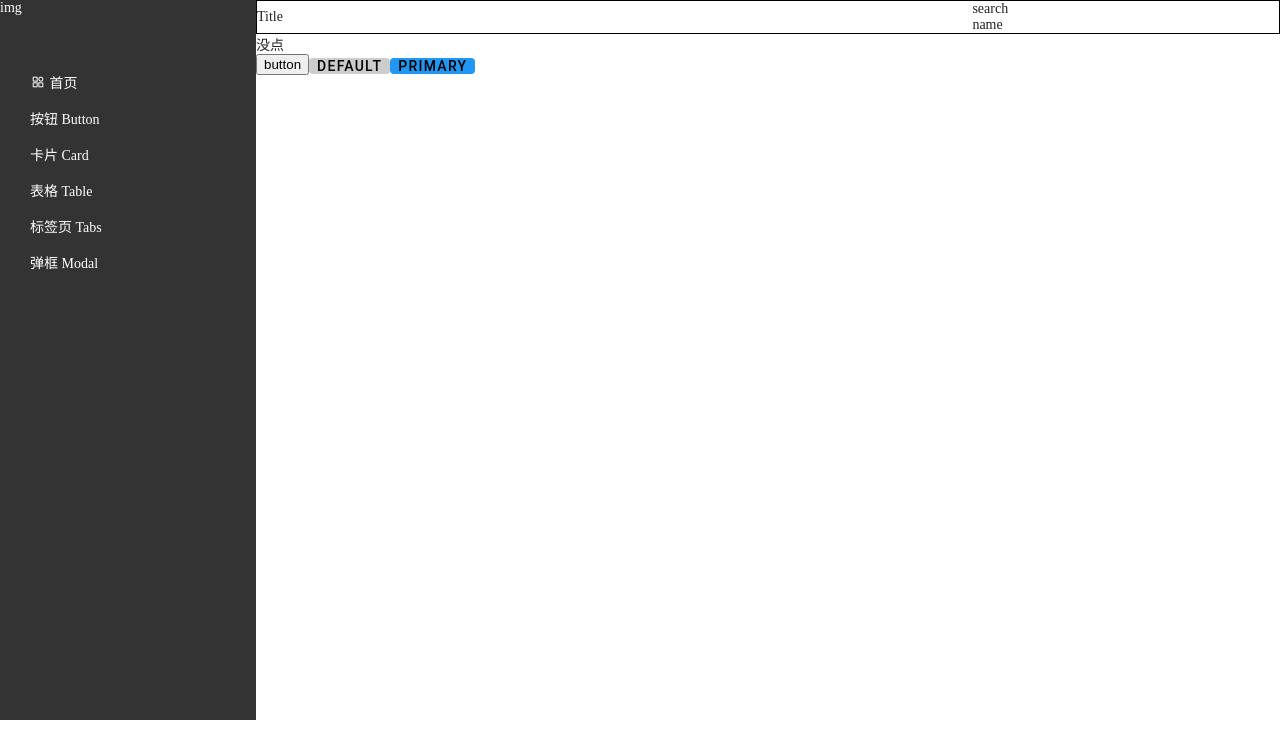
Repository: wyhsunflower/koalaUI
Page: /
An editor plug-in stored every save of this project. The page is shown before and after the next save, followed by the edit.
The browser window is 1280 px wide. The pictures show the whole page.
The project was rebuilt for these pictures with package versions that can differ from the ones it lists, and the page was loaded fresh each time. Also part of the build but not shown: webpack.config.js, src/components/Modal/Modal.vue. Imported but missing from the stored project, and not drawn on this page: src/views/go/go2.vue.

Above is the page before, as saved 2020-03-12 21:55:57.

### index.html
<!DOCTYPE html>
<html lang="en">
<head>
    <meta charset="UTF-8">
    <title>koala's UI</title>
</head>
<body>
<div id="app"></div>
</body>
</html>

### src/index.js
import Vue from 'vue';
import App from './app';
import './components/components.js'
import './styles/global.scss';
import './styles/iconfont/icon.scss'
import router from './router/route';


new Vue({
    router,
    render(h) {
        return h(App);
    }
}).$mount('#app');

### src/app.vue
<template>
    <div id="app" class="container">
        <SideBar></SideBar>
        <div class="right">
            <Header></Header>
            <div class="main">
                <transition>
                 <router-view></router-view>
                </transition>
            </div>
        </div>
    </div>
</template>
<script>
    import SideBar from './SideBar';
    import Header from './Header';
    export default {
        name: "app",
        components:{
            SideBar,
            Header
        },
    }
</script>

<style lang="scss" scoped>
    @import "styles/global";
    .container{
        width: 100%;
        display: flex;
        flex-flow: row nowrap;
        height: 100%;
    }
    .right{
        width: 80%;
        height: 100%;
    }
        .main{
            width: 100%;
            height: 100%;
        }
</style>

### src/components/components.js
import Vue from 'vue'
import Button from './Button/Button';
import Modal from './Modal/Modal';

Vue.component('Button',Button);
Vue.component('Modal',Modal);

### src/styles/global.scss
$font-color: rgba(0,0,0, 0.87);
$color-btn-default:#ccc;
$color-btn-primary:#2196f3;
* {
    box-sizing: border-box;
}
html, body {
    margin: 0;
    padding: 0;
}
html{
    width: 100%;
    height: 100%;
    outline: none;
}
body {
    color: $font-color;
    font-size: 14px;
    height: 100%;
    width: 100%;
}
.koala-button{
    font-family: Roboto, sans-serif;
    -moz-osx-font-smoothing: grayscale;
    -webkit-font-smoothing: antialiased;
    font-size: .875rem;
    line-height: 2.25rem;
    font-weight: 500;
    letter-spacing: .0892857143em;
    text-decoration: none;
    text-transform: uppercase;
    padding: 0 8px 0 8px;
    display: inline-flex;
    position: relative;
    align-items: center;
    justify-content: center;
    box-sizing: border-box;
    min-width: 64px;
    border: none;
    outline: none;
    line-height: inherit;
    -webkit-user-select: none;
    -moz-user-select: none;
    -ms-user-select: none;
    user-select: none;
    -webkit-appearance: none;
    overflow: visible;
    vertical-align: middle;
    border-radius: 4px;
}

### src/styles/iconfont/icon.scss
@font-face {font-family: "iconfont";
  src: url('./iconfont.eot?t=1575969178796'); /* IE9 */
  src: url('./iconfont.eot?t=1575969178796#iefix') format('embedded-opentype'), /* IE6-IE8 */
       url('./iconfont.woff?t=1575969178796') format('woff'),
       url('./iconfont.ttf?t=1575969178796') format('truetype'), /* chrome, firefox, opera, Safari, Android, iOS 4.2+ */
       url('./iconfont.svg?t=1575969178796#iconfont') format('svg'); /* iOS 4.1- */
}
.iconfont {
  font-family: "iconfont" !important;
  font-size: 16px;
  font-style: normal;
  -webkit-font-smoothing: antialiased;
  -moz-osx-font-smoothing: grayscale;
}
.icon-all:before {
  content: "\e6ef";
}

### src/router/route.js
import Router from 'vue-router';
import Vue from 'vue';
//import Home from '../app';
//import Button from '../components/Button/Button';
import Home from '../views/home';


const routerListDir=[];

function importAllRouter(r) {
    r.keys().forEach(
        (key)=>routerListDir.push(r(key).default)
    )
}

importAllRouter(require.context('../router',true,/\.router\.js/));
Vue.use(Router);
console.log(routerListDir);

export default new Router({
    routes: [
        ...routerListDir,
        { path: '/',component:Home},
        //{ path: '/button',component:Button},
    ]
});

### src/SideBar.vue
<template>
    <div class="side">
        <div class="top">
            <div>img</div>
            <!--<img src="./static/img/logo.jpg">-->
        </div>
        <ul class="side-list">
            <li v-for="x of lists">
                <i class="iconfont" :class="x.icon"></i>
                {{x.name}}
            </li>
        </ul>
    </div>
</template>

<script>
    export default {
        name: "SideBar",
        data(){
            return{
                lists:[
                    {
                        name:'首页',
                        icon:'icon-all',
                    },
                    {
                        name:'按钮 Button',
                        icon:'button',
                    },
                    {
                        name:'卡片 Card',
                        icon:'card',
                    },
                    {
                        name:'表格 Table',
                        icon:'table',
                    },
                    {
                        name:'标签页 Tabs',
                        icon:'tabs',
                    },
                    {
                        name:'弹框 Modal',
                        icon:'modal',
                    },
                ],
            }
        },
    }
</script>

<style lang="scss" scoped>
    .side {
        max-width: 300px;
        width: 20%;
        background: rgba(0,0,0,.8);
        height: 100%;
        color: #fff;
    }
    .top {
        height: 50px;
    }
    ul{
        list-style: none;
        padding: 0;
    }
    li{
        padding: 8px 30px;
        &:hover{background: rgba(0,0,0,.2);}
    }
</style>

### src/Header.vue
<template>
    <div class="header">
        <div class="title">Title</div>
        <div class="right">
            <div class="search">search</div>
            <div class="config">name</div>
        </div>
    </div>
</template>

<script>
    export default {
        name: "Header"
    }
</script>

<style lang="scss" scoped>
    .header{
        width: 100%;
        display: flex;
        justify-content: space-between;
        align-items: center;
        border: 1px solid #000;
    }
    .title{
        width: 60%;
    }
    .right{
        width: 30%;
    }
</style>

### src/components/Button/Button.vue
<template>
    <component
            class="koala-button"
            :class="buttonType"
            is="button"
            @click="onClick"
    >
        <slot></slot>
    </component>
</template>

<script>
    //type color icon
    export default {
        name: "Button",
        props:['self','type','color'],
        data(){
            return{
            }
        },
        components:{

        },
        computed:{
            buttonType(){
                return `koala-button-${this.type}`
            },
        },
        methods:{
            onClick(e){
                this.$emit('click', e);
            }
        },
        mounted(){
        },
    }
</script>

<style lang="scss" scoped >
    @import "../../styles/global.scss";

    .koala-button-default{
        background-color:$color-btn-default;
    }
    .koala-button-primary{
        background-color:$color-btn-primary;
    }
</style>

### src/views/home.vue
<template>
    <div class="main-container">
        <div>{{message}}</div>
        <button @click="showModal">button</button>
        <Modal v-if="modal" :self="this" :confirmCallback="confirmWay" :cancelCallback="cancelWay">
            <div>Modal组件</div>
            <div>Modal组件</div>
            <div>Modal组件</div>
            <div>Modal组件</div>
            <div>Modal组件</div>
            <div>Modal组件</div>
        </Modal>
        <Button @click="clicked('default')" type="default">Default</Button>
        <Button @click="clicked('primary')" type="primary">Primary</Button>
    </div>
</template>

<script>
    // import Modal from '../components/Modal/Modal.vue'
    // import Button from '../components/Button/Button.vue'
    export default {
        name: "home",
        data(){
            return{
                modal:false,
                message:'没点'
            }
        },
        // components:{
        //     Button
        // },
        methods:{
            showModal(){
                this.modal = true
            },
            confirmWay(){
                this.message = '确定'
            },
            cancelWay(){
                this.message = '取消了'
            },
            clicked(name){
                alert(name)
            },
        },
    }
</script>

<style scoped>

</style>

### src/router/button.router.js
import Button from '../components/Button/Button';
export default {
    path: '/button',
    name: 'button',
    component:Button,
    children:[]
}

### src/router/modal.router.js
import Modal from '../components/Modal/Modal';
export default {
    path: '/modal',
    name: 'modal',
    component:Modal,
}

### src/router/sample.router.js
import Sample from '../views/go/go2.vue';
export default {
    path: '/sample',
    name: 'sample',
    component:Sample,
}

After the next save:
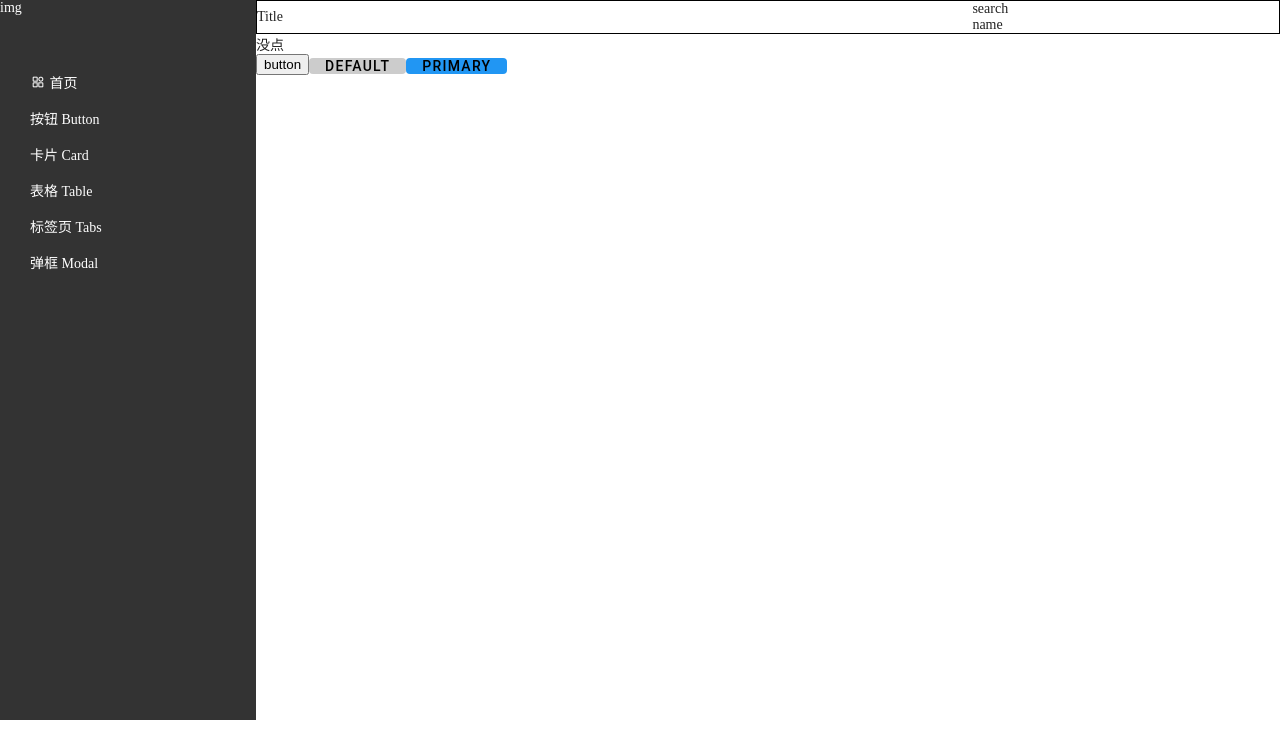
Saved 44 s later.
--- a/src/styles/global.scss
+++ b/src/styles/global.scss
@@ -47,4 +47,6 @@ body {
     overflow: visible;
     vertical-align: middle;
     border-radius: 4px;
+
+    padding: 0 16px 0 16px;
 }
